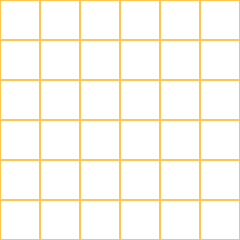
Repository: isabelcuddihy/decodeknight
Script's output: python knightstour.py
An editor plug-in stored every save of this project. The script's output is shown before and after the next save, followed by the edit.
The window is shown after at most 60 frames with no key pressed. Random numbers start from a fixed seed.

Above is the script's output before, as saved 2026-03-26 12:59:06.

After the next save:
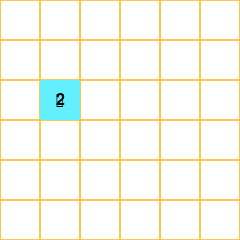
Saved 41 s later.
--- a/knightstour.py
+++ b/knightstour.py
@@ -95,8 +95,12 @@ def warnsdorff_solver(current_pos, move_count):
 #Test to see if knight moved
 pos, grid, placed, done = game.execute('place', (2, 1))
 print(f"Placed at: {pos}, total placed: {len(placed)}")
-pos, grid, placed, done = game.execute('undo')
-print(f"Undid move at: {pos}, total placed: {len(placed)}")
+pos, grid, placed, done = game.execute('place', (2, 1))
+print(f"Placed at: {pos}, total placed: {len(placed)}")
+pos, grid, placed, done = game.execute('place', (-1, -2))
+print(f"Placed at: {pos}, total placed: {len(placed)}")
+#pos, grid, placed, done = game.execute('undo')
+#print(f"Undid move at: {pos}, total placed: {len(placed)}")
 
 #Control the movement of the knight with the agent's execute method:
 
